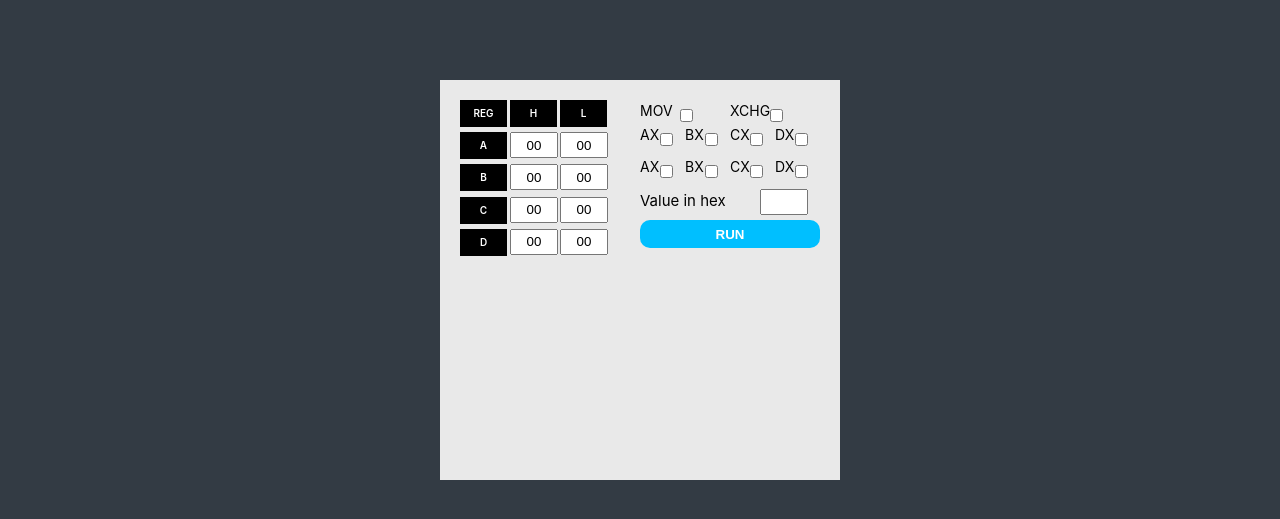
Repository: piookr-wsei/8086
Page: /
The author's editor kept a copy of each file at every save. The page is drawn from the files as they stood at one save, then again after the next save.
The browser window is 1280 px wide. The pictures show the whole page.
The project was rebuilt for these pictures with package versions that can differ from the ones it lists, and the page was loaded fresh each time.

Above is the page before, as saved 2022-06-19 00:02:55.

### src/App.js
import React from 'react';
import { useState } from 'react';
import './App.css';
import { RegDesc, RegInput, RegWrapper, UiWindow, UiWrapper, SettingsWrapper, Labels, CheckWrapper, OpBox, LineWrap, NumDesc, RegChWrapper, Run } from './Components/Components.elements';


function App() {

  const xchg="xchg";
  const mov="mov"

  const [movChecked, setMovChecked] = useState(false);

  const [xchgChecked, setXchgChecked] = useState(false);

  const [opChosen,setOpChosen] = useState(null)

  function HandleCheck(name){
    if(name=="mov"){
      setMovChecked(!movChecked)
      setXchgChecked(false)
      setCheckLimit(1)
      setCheckedBoxes([false,false,false,false,false,false,false,false])
      setCheckCurrent(0)
    }
    else if(name=="xchg"){
      setXchgChecked(!xchgChecked)
      setMovChecked(false)
      setCheckLimit(2)
      setCheckedBoxes([false,false,false,false,false,false,false,false])
      setCheckCurrent(0)
    }
    else{
      let tempArray = checkedBoxes
      if(tempArray[name]==true)
      {
        tempArray[name]=!tempArray[name]
        console.log(tempArray[name])
        setCheckCurrent((checkCurrent => {return(checkCurrent - 1)}))
      }
      else if(tempArray[name]==false && checkCurrent<checkLimit)
      {
        tempArray[name]=!tempArray[name]
        console.log(tempArray[name])
        setCheckCurrent((checkCurrent => {return(checkCurrent + 1)}))
      }
      else{
        return
      }
      setCheckedBoxes(tempArray)
    }

    setOpChosen(name)
  }

  const [checkLimit, setCheckLimit] = useState(0);
  const [checkCurrent, setCheckCurrent] = useState(0);
  const [checkedBoxes, setCheckedBoxes] = useState([false,false,false,false,false,false,false,false])
  const [tempString, setTempString] = useState("")


function OpChange(){
  return(
    <>
    <Labels>
      <CheckWrapper>
        MOV
        <OpBox type="checkbox"  checked={movChecked} onClick={() => HandleCheck(mov)} id="MOV"/>
      </CheckWrapper>
      <CheckWrapper style={{position:"relative", left:"10px"}}>
        XCHG
        <OpBox type="checkbox" checked={xchgChecked} onChange={() => HandleCheck(xchg)} id="XCHG" name="XCHG"/>
      </CheckWrapper>
    </Labels>
    </>
    )
  }

  const [text, setText]=useState({topText:""});

  function handleChange(event){
    const name = event.target.name
    if(event.target.value.length==0){
      setText(oldText => {
        return({
          ...oldText,
          [name]:event.target.value

      })}
      )}
    else{
    console.log(event.target.value[event.target.value.length-1])
    event.target.value=event.target.value.toUpperCase()
    setText(oldText => {
      if(event.target.value[event.target.value.length-1].match(/^(1|2|3|4|5|6|7|8|9|A|B|C|D|E|F)$/)){
      return({
        ...oldText,
        [name]:event.target.value

    })}
    else{return oldText}
  })}
}

function Compile(){
  if(setMovChecked==true && checkCurrent==1){

  }
  else if(setXchgChecked==true && checkCurrent==2){

  }
  else
  return
}


const [regValues,setRegValues] = useState(["00","00","00","00","00","00","00","00"])



  return (
    <div className="App">
      <UiWindow>
        <UiWrapper>
          <RegWrapper>
            <RegDesc textContent={"REG"}/>  <RegDesc textContent={"H"}/>  <RegDesc textContent={"L"}/>

            <RegDesc textContent={"A"}/>  <RegInput  readOnly value={regValues[0]}/> <RegInput  readOnly value={regValues[1]}/>
            <RegDesc textContent={"B"}/>  <RegInput  readOnly  value={regValues[2]}/> <RegInput  readOnly  value={regValues[3]}/>
            <RegDesc textContent={"C"} />  <RegInput  readOnly  value={regValues[4]}/> <RegInput  readOnly  value={regValues[5]}/>
            <RegDesc textContent={"D"}/>  <RegInput  readOnly  value={regValues[6]}/> <RegInput  readOnly  value={regValues[7]}/>
          </RegWrapper>

          <SettingsWrapper>

              <OpChange/>

              <RegChWrapper>
                <CheckWrapper>
                  AX<OpBox type="checkbox" checked={checkedBoxes[0]} onChange={() => HandleCheck(0)}/>
                </CheckWrapper>
                <CheckWrapper>
                  BX<OpBox type="checkbox" checked={checkedBoxes[1]} onChange={() => HandleCheck(1)}/>
                </CheckWrapper>
                <CheckWrapper>
                  CX<OpBox type="checkbox" checked={checkedBoxes[2]} onChange={() => HandleCheck(2)}/>
                </CheckWrapper>
                <CheckWrapper>
                  DX<OpBox type="checkbox" checked={checkedBoxes[3]} onChange={() => HandleCheck(3)}/>
                </CheckWrapper>
                </RegChWrapper>
                <RegChWrapper>
                <CheckWrapper>
                  AX<OpBox type="checkbox" checked={checkedBoxes[4]} onChange={() => HandleCheck(4)}/>
                </CheckWrapper>
                <CheckWrapper>
                  BX<OpBox type="checkbox" checked={checkedBoxes[5]} onChange={() => HandleCheck(5)}/>
                </CheckWrapper>
                <CheckWrapper>
                  CX<OpBox type="checkbox" checked={checkedBoxes[6]} onChange={() => HandleCheck(6)}/>
                </CheckWrapper>
                <CheckWrapper>
                  DX<OpBox type="checkbox" checked={checkedBoxes[7]} onChange={() => HandleCheck(7)}/>
                </CheckWrapper>
              </RegChWrapper>

              <LineWrap>
              <NumDesc textContent={"Value in hex"}/>  <RegInput type="text" id="field-1" className="field" name="topText" onChange={handleChange}  maxLength={2} style={{width:"40px"}}  value={text.topText}/>

              </LineWrap>
              <Run>RUN</Run>
          </SettingsWrapper>



        </UiWrapper>
      </UiWindow>

    </div>
  );
}

export default App;

### src/App.css
body{
  height: 100%;
  background: rgba(1, 10, 22, 0.8);
}

.App-logo {
  height: 40vmin;
  pointer-events: none;
}

@media (prefers-reduced-motion: no-preference) {
  .App-logo {
    animation: App-logo-spin infinite 20s linear;
  }
}

.App-header {
  background-color: #282c34;
  min-height: 100vh;
  display: flex;
  flex-direction: column;
  align-items: center;
  justify-content: center;
  font-size: calc(10px + 2vmin);
  color: white;
}

.App-link {
  color: #61dafb;
}

@keyframes App-logo-spin {
  from {
    transform: rotate(0deg);
  }
  to {
    transform: rotate(360deg);
  }
}

### src/Components/Components.elements.js
import styled from "styled-components";

export const UiWindow = styled.div`
    height: 400px;
    width: 400px;
    background: rgb(233,233,233);
    position: relative;
    margin: auto;
    top: 80px;
`

export const UiWrapper = styled.div`
    border: 20px solid transparent;
    display: grid;
    grid-template-columns: 1fr 1fr;
`

export const RegWrapper = styled.div`
    width: 180px;
    //background: rgba(0,0,0,0.1);
    position: relative;
    left: 0;
    display: grid;
    grid-template-columns: 50px 50px 50px;
`

export const RegInput = styled.input`
    height: 20px;
    width: 40px;
    margin-bottom:5px;
    text-align: center;
`

export const SettingsWrapper = styled.div`
    width: 180px;
    //background: rgba(0,0,0,0.1);
    position: relative;
    right: 0;
    display: grid;
    grid-template-columns: 180px;
    //border: solid 1px black;
    font-size: 14px;
    line-height: 22px;
    grid-template-rows: 24px 32px repeat(auto-fit, 32px);

`

export const RegDescSC = styled.div`
    height: 27px;
    width: 47px;
    background: black;
    margin-bottom:5px;
    color: white;
    font-weight: 600;
`

export const DescText = styled.p`
    font-size: 10px;
    text-align: center;
    position: relative;
    top: -3px;
`

export function RegDesc(props){
    return(
        <RegDescSC>
            <DescText>{props.textContent}</DescText>
        </RegDescSC>
    )
}

export const Labels = styled.div`
    display: grid;
    grid-template-columns: 80px 80px;
`

export const CheckWrapper = styled.div`

    min-width: 30px;
    max-width: 65px;
    height: 25px;
    display: flex;
    justify-content: space-between;
`

export const OpBox = styled.input`
    vertical-align: "middle";
    position: relative;
    top: 3px;
    left: -9px;
`

export const LineWrap = styled.div`
    width: 180px;
    display: flex;
    align-items: center;
`

export const NumSC = styled.div`
    width: 120px;
    text-align: left !important;
`

export function NumDesc(props){
    return(
        <NumSC>
            <DescText style={{textAlign: "left", fontSize:"15px"}}>{props.textContent}</DescText>
        </NumSC>
    )
}

export const RegChWrapper = styled.div`
width: 180px;
display: grid;
grid-template-columns: 45px 45px 45px 45px ;
`

export const Run = styled.button`
width: 180px;
border-radius: 10px;
border:transparent 4px;
background-color: #00bfff;
margin: 0px auto 4px auto;
font-weight: 700;
color: white;
cursor: pointer;
&:hover {


  }
`

Loaded but not shown: public/index.html (common file); src/index.js (common file); src/index.css (common file); src/reportWebVitals.js (common file)

After the next save:
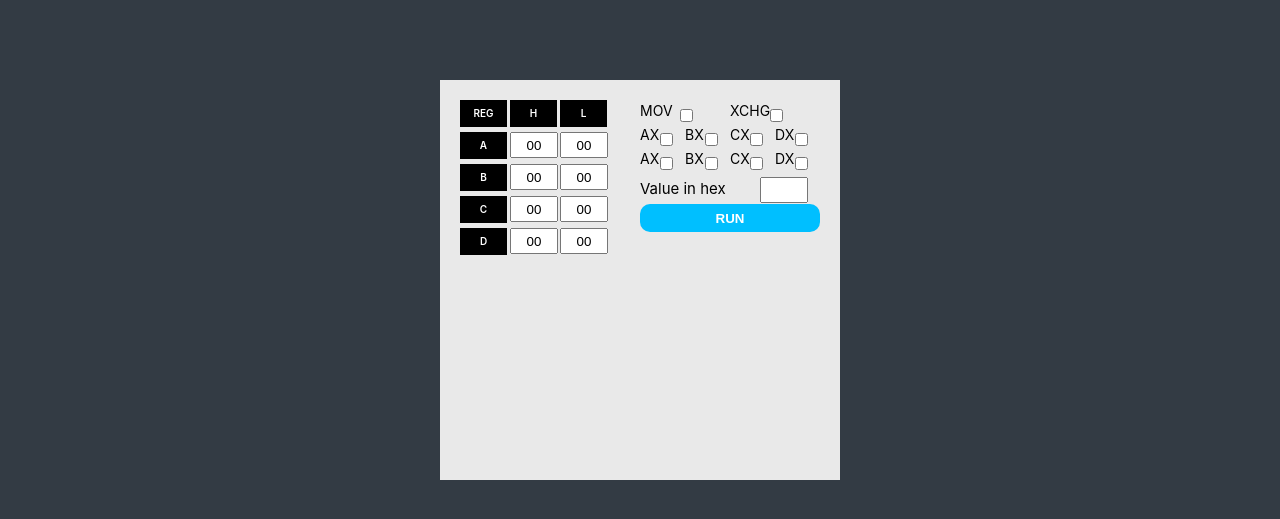
Saved 18 s later.
--- a/src/Components/Components.elements.js
+++ b/src/Components/Components.elements.js
@@ -41,7 +41,7 @@ export const SettingsWrapper = styled.div`
     //border: solid 1px black;
     font-size: 14px;
     line-height: 22px;
-    grid-template-rows: 24px 32px repeat(auto-fit, 32px);
+    grid-template-rows: 24px 24px 32px 24px repeat(auto-fit, 32px);
 
 `
 
